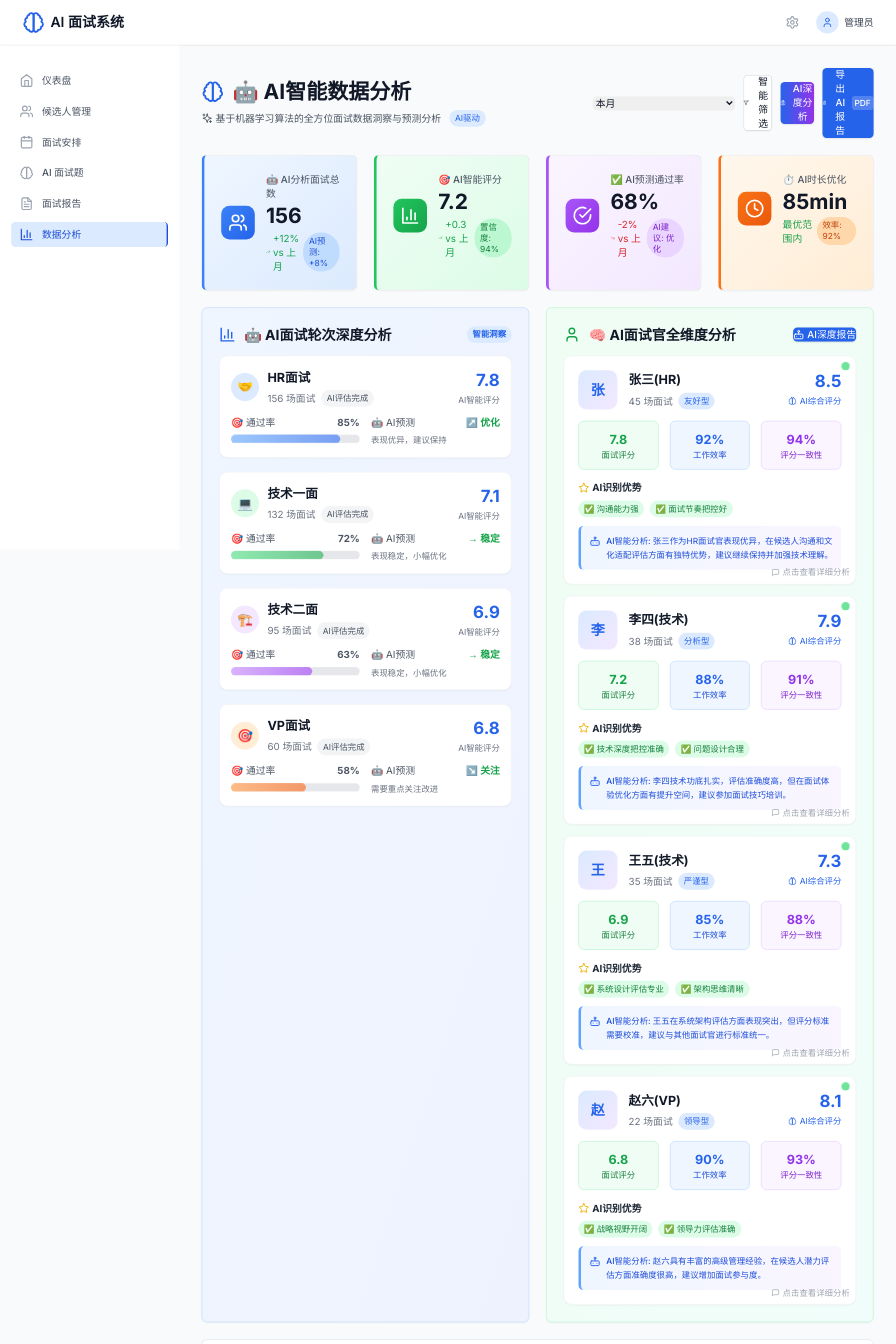
Repository: OisCircle/ai-day
Page: /analysis
These files come from the project's save history. The page is drawn as it stood at one moment and after the next save; the edit follows.
The browser window is 1280 px wide. The pictures show the part of the page from y = 0 to 1920 px (the page is 4145 px tall), at 70% of full size.
The project was rebuilt for these pictures with package versions that can differ from the ones it lists, and the page was loaded fresh each time. Also part of the build but not shown: vite.config.ts, src/pages/AIInterviewQuestions.tsx, src/pages/CandidateManagement.tsx, src/components/AIAssistant.tsx, src/components/DataVisualization.tsx, src/pages/Dashboard.tsx, src/pages/InterviewConducting.tsx, src/pages/InterviewReports.tsx and 1 more.

Above is the page before, as saved 2025-08-20 17:14:56.

### index.html
<!DOCTYPE html>
<html lang="zh-CN">
  <head>
    <meta charset="UTF-8" />
    <link rel="icon" type="image/svg+xml" href="/vite.svg" />
    <meta name="viewport" content="width=device-width, initial-scale=1.0" />
    <title>AI 面试系统</title>
    <link rel="preconnect" href="https://fonts.googleapis.com" />
    <link rel="preconnect" href="https://fonts.gstatic.com" crossorigin />
    <link
      href="https://fonts.googleapis.com/css2?family=Inter:wght@400;500;600;700&display=swap"
      rel="stylesheet"
    />
  </head>
  <body>
    <div id="root"></div>
    <script type="module" src="/src/main.tsx"></script>
  </body>
</html>

### src/App.tsx
import { Navigate, Route, Routes } from "react-router-dom";
import Layout from "./components/Layout";
import AIInterviewQuestions from "./pages/AIInterviewQuestions";
import CandidateManagement from "./pages/CandidateManagement";
import Dashboard from "./pages/Dashboard";
import InterviewAnalysis from "./pages/InterviewAnalysis";
import InterviewConducting from "./pages/InterviewConducting";
import InterviewReports from "./pages/InterviewReports";
import InterviewSchedule from "./pages/InterviewSchedule";

function App() {
  return (
    <Layout>
      <Routes>
        <Route path="/" element={<Navigate to="/dashboard" replace />} />
        <Route path="/dashboard" element={<Dashboard />} />
        <Route path="/candidates" element={<CandidateManagement />} />
        <Route path="/interviews" element={<InterviewSchedule />} />
        <Route path="/ai-questions" element={<AIInterviewQuestions />} />
        <Route path="/interview/:id" element={<InterviewConducting />} />
        <Route path="/reports" element={<InterviewReports />} />
        <Route path="/analysis" element={<InterviewAnalysis />} />
      </Routes>
    </Layout>
  );
}

export default App;

### src/index.css
@tailwind base;
@tailwind components;
@tailwind utilities;

@layer base {
  * {
    @apply border-gray-200;
  }
  body {
    @apply bg-gray-50 text-gray-900 font-sans;
  }
}

@layer components {
  .btn {
    @apply inline-flex items-center justify-center rounded-md text-sm font-medium transition-colors focus-visible:outline-none focus-visible:ring-1 focus-visible:ring-primary-500 disabled:pointer-events-none disabled:opacity-50;
  }

  .btn-primary {
    @apply btn bg-primary-600 text-white shadow hover:bg-primary-700;
  }

  .btn-secondary {
    @apply btn bg-white text-gray-900 shadow-sm ring-1 ring-inset ring-gray-300 hover:bg-gray-50;
  }

  .btn-danger {
    @apply btn bg-red-600 text-white shadow hover:bg-red-700;
  }

  .card {
    @apply bg-white shadow-sm border border-gray-200 rounded-lg;
  }

  .input {
    @apply block w-full rounded-md border-gray-300 shadow-sm focus:border-primary-500 focus:ring-primary-500 sm:text-sm;
  }

  .textarea {
    @apply block w-full rounded-md border-gray-300 shadow-sm focus:border-primary-500 focus:ring-primary-500 sm:text-sm;
  }

  .select {
    @apply block w-full rounded-md border-gray-300 shadow-sm focus:border-primary-500 focus:ring-primary-500 sm:text-sm;
  }

  .badge {
    @apply inline-flex items-center rounded-full px-2 py-1 text-xs font-medium;
  }

  .badge-primary {
    @apply badge bg-primary-100 text-primary-800;
  }

  .badge-success {
    @apply badge bg-green-100 text-green-800;
  }

  .badge-warning {
    @apply badge bg-yellow-100 text-yellow-800;
  }

  .badge-danger {
    @apply badge bg-red-100 text-red-800;
  }

  .badge-gray {
    @apply badge bg-gray-100 text-gray-800;
  }
}

### src/components/Layout.tsx
import {
  BarChart3,
  Brain,
  Calendar,
  FileText,
  Home,
  Settings,
  User,
  Users,
  Sparkles,
} from "lucide-react";
import React, { ReactNode } from "react";
import { Link, useLocation } from "react-router-dom";

interface LayoutProps {
  children: ReactNode;
}

const Layout: React.FC<LayoutProps> = ({ children }) => {
  const location = useLocation();

  const navigation = [
    { name: "仪表盘", href: "/dashboard", icon: Home },
    { name: "候选人管理", href: "/candidates", icon: Users },
    { name: "面试安排", href: "/interviews", icon: Calendar },
    { name: "AI 面试题", href: "/ai-questions", icon: Brain },
    { name: "面试报告", href: "/reports", icon: FileText },
    { name: "数据分析", href: "/analysis", icon: BarChart3 },
  ];

  const isActive = (path: string) => location.pathname === path;

  return (
    <div className="min-h-screen bg-gray-50">
      {/* 顶部导航栏 */}
      <nav className="bg-white shadow-sm border-b border-gray-200">
        <div className="max-w-7xl mx-auto px-4 sm:px-6 lg:px-8">
          <div className="flex justify-between h-16">
            <div className="flex items-center">
              <div className="flex-shrink-0 flex items-center">
                <Brain className="h-8 w-8 text-primary-600" />
                <span className="ml-2 text-xl font-semibold text-gray-900">
                  AI 面试系统
                </span>
              </div>
            </div>

            <div className="flex items-center space-x-4">
              <button className="p-2 rounded-full text-gray-400 hover:text-gray-500">
                <Settings className="h-5 w-5" />
              </button>
              <div className="flex items-center space-x-2">
                <div className="w-8 h-8 bg-primary-100 rounded-full flex items-center justify-center">
                  <User className="h-4 w-4 text-primary-600" />
                </div>
                <span className="text-sm font-medium text-gray-700">
                  管理员
                </span>
              </div>
            </div>
          </div>
        </div>
      </nav>

      <div className="flex">
        {/* 侧边导航栏 */}
        <div className="w-64 bg-white shadow-sm h-screen sticky top-0">
          <nav className="mt-8 px-4">
            <ul className="space-y-2">
              {navigation.map((item) => {
                const Icon = item.icon;
                return (
                  <li key={item.name}>
                    <Link
                      to={item.href}
                      className={`group flex items-center px-3 py-2 text-sm font-medium rounded-md ${
                        isActive(item.href)
                          ? "bg-primary-100 text-primary-700 border-r-2 border-primary-700"
                          : "text-gray-600 hover:text-gray-900 hover:bg-gray-50"
                      }`}
                    >
                      <Icon
                        className={`mr-3 h-5 w-5 ${
                          isActive(item.href)
                            ? "text-primary-700"
                            : "text-gray-400"
                        }`}
                      />
                      {item.name}
                    </Link>
                  </li>
                );
              })}
            </ul>
          </nav>
        </div>

        {/* 主内容区域 */}
        <main className="flex-1 overflow-y-auto">
          <div className="p-8">{children}</div>
        </main>
      </div>
    </div>
  );
};

export default Layout;

Loaded but not shown: src/main.tsx (common file); tailwind.config.js (26 lines, source omitted); src/pages/InterviewAnalysis.tsx (1206 lines, source omitted)

After the next save:
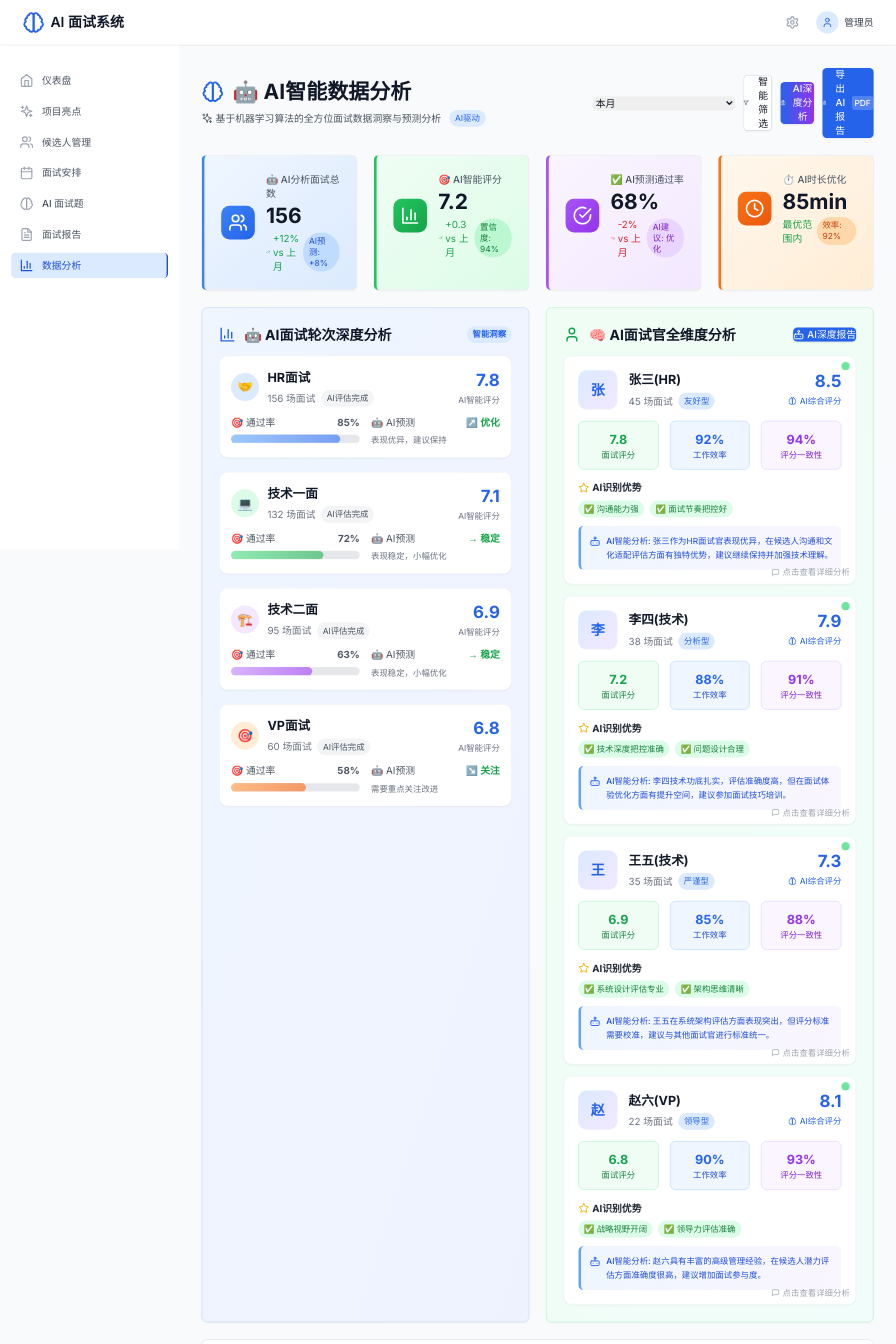
Saved 6 s later.
--- a/src/components/Layout.tsx
+++ b/src/components/Layout.tsx
@@ -21,6 +21,7 @@ const Layout: React.FC<LayoutProps> = ({ children }) => {
 
   const navigation = [
     { name: "仪表盘", href: "/dashboard", icon: Home },
+    { name: "项目亮点", href: "/highlights", icon: Sparkles },
     { name: "候选人管理", href: "/candidates", icon: Users },
     { name: "面试安排", href: "/interviews", icon: Calendar },
     { name: "AI 面试题", href: "/ai-questions", icon: Brain },
